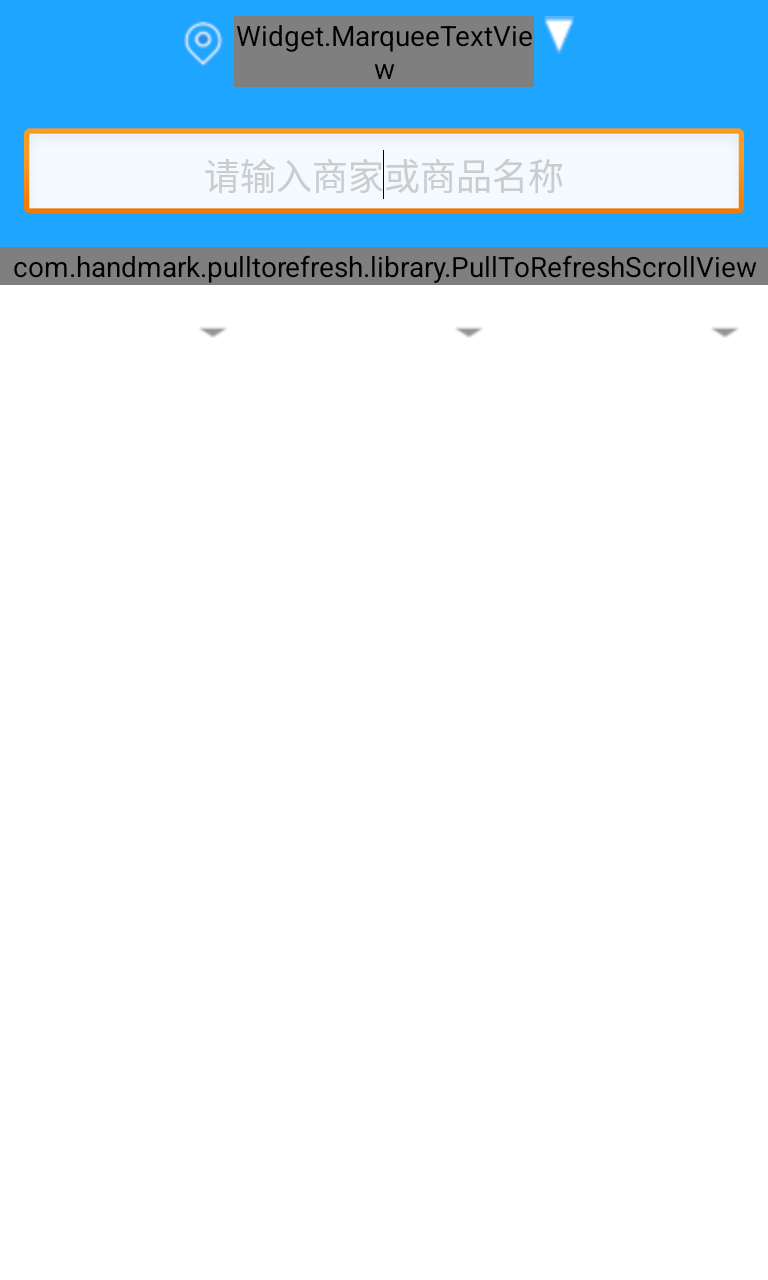
Repository: shi1hh/v
Layout: HungryTest/res/layout/fragment_waimai.xml
An editor plug-in stored every save of this project. The layout is shown before and after the next save, followed by the edit.
Pictures or frames that could not be fetched are drawn as grey boxes. It is drawn on a 768 x 1280 px phone screen (xhdpi) without system bars, with theme android:Theme.Light.NoTitleBar; the app's code is not run.

Above is the layout before, as saved 2015-10-24 10:51:42.

### HungryTest/res/layout/fragment_waimai.xml
<?xml version="1.0" encoding="utf-8"?>
<LinearLayout xmlns:android="http://schemas.android.com/apk/res/android"
    android:layout_width="match_parent"
    android:layout_height="match_parent"
    android:orientation="vertical" >

    <RelativeLayout
        android:layout_width="match_parent"
        android:layout_height="wrap_content"
        android:background="@color/blackground"
        android:padding="8dp" >

        <Widget.MarqueeTextView
            android:id="@+id/Textview_waimai_tile_2"
            android:layout_width="150dp"
            android:layout_height="wrap_content"
            android:layout_centerHorizontal="true"
            android:layout_centerVertical="true"
            android:background="@color/blackground"
            android:ellipsize="marquee"
            android:focusable="true"
            android:focusableInTouchMode="true"
            android:gravity="center"
            android:marqueeRepeatLimit="marquee_forever"
            android:scrollHorizontally="true"
            android:singleLine="true"
            android:text="信和门业附近(阳江市)"
            android:textColor="@color/white"
            android:textSize="21sp" />

        <Button
            android:id="@+id/button_waimai_tile_3"
            android:layout_width="wrap_content"
            android:layout_height="wrap_content"
            android:layout_alignBaseline="@+id/Textview_waimai_tile_2"
            android:layout_marginLeft="5dp"
            android:layout_toRightOf="@+id/Textview_waimai_tile_2"
            android:background="@drawable/waimaititle3" />

        <Button
            android:id="@+id/button_waimai_tile_1"
            android:layout_width="wrap_content"
            android:layout_height="wrap_content"
            android:layout_alignParentTop="true"
            android:layout_marginRight="5dp"
            android:layout_toLeftOf="@+id/Textview_waimai_tile_2"
            android:background="@drawable/waimaititle1" />
    </RelativeLayout>

    <RelativeLayout
        android:id="@+id/relative_1"
        android:layout_width="match_parent"
        android:layout_height="wrap_content"
        android:background="@color/blackground"
        android:padding="12dp" >

        <EditText
            android:id="@+id/editText_search"
            android:layout_width="match_parent"
            android:layout_height="wrap_content"
            android:ems="10"
            android:gravity="center"
            android:hint="请输入商家或商品名称"
            android:padding="10dp"
            android:textColorHint="@color/text_gray" >

            <requestFocus />
        </EditText>
    </RelativeLayout>

    <com.handmark.pulltorefresh.library.PullToRefreshScrollView
        xmlns:ptr="http://schemas.android.com/apk/res-auto"
        android:id="@+id/pull_refresh_scrollview"
        android:layout_width="fill_parent"
        android:layout_height="wrap_content"
        ptr:ptrAnimationStyle="flip"
        ptr:ptrMode="both" >

        <LinearLayout
            android:id="@+id/sub_root_lin"
            android:layout_width="fill_parent"
            android:layout_height="wrap_content"
            android:orientation="vertical" >

            <android.support.v4.view.ViewPager
                android:id="@+id/viewpager_waimai_adv"
                android:layout_width="match_parent"
                android:layout_height="90dp" >
            </android.support.v4.view.ViewPager>

            <TableLayout
           android:layout_marginTop="5dp"
                android:layout_width="match_parent"
                android:layout_height="wrap_content" >

                <TableRow
                    android:layout_width="match_parent"
                    android:layout_weight="1" >

                    <TextView
                        android:id="@+id/tb_tv1"
                        style="@style/waimai_tb_text"
                        android:layout_width="wrap_content"
                        android:layout_height="fill_parent"
                        android:layout_weight="1"
                        android:drawablePadding="0px"
                        android:drawableTop="@drawable/t1"
                        android:text="@string/waimai_tb1" />

                    <TextView
                        android:id="@+id/tb_tv2"
                        style="@style/waimai_tb_text"
                        android:layout_width="fill_parent"
                        android:layout_height="fill_parent"
                        android:layout_weight="1"
                        android:drawablePadding="0px"
                        android:drawableTop="@drawable/t2"
                        android:text="@string/waimai_tb2" />

                    <TextView
                        android:id="@+id/tb_tv3"
                        style="@style/waimai_tb_text"
                        android:layout_width="fill_parent"
                        android:layout_height="fill_parent"
                        android:layout_weight="1"
                        android:drawablePadding="0px"
                        android:drawableTop="@drawable/t3"
                        android:text="@string/waimai_tb3" />

                    <TextView
                        android:id="@+id/tb_tv4"
                        style="@style/waimai_tb_text"
                        android:layout_width="fill_parent"
                        android:layout_height="fill_parent"
                        android:layout_weight="1"
                        android:drawablePadding="0px"
                        android:drawableTop="@drawable/t4"
                        android:text="@string/waimai_tb4" />
                </TableRow>

                <TableRow
                    android:layout_width="match_parent"
                    android:layout_weight="1" >

                    <TextView
                        android:id="@+id/tb_tv2_1"
                        style="@style/waimai_tb_text"
                        android:layout_width="fill_parent"
                        android:layout_height="fill_parent"
                        android:layout_weight="1"
                        android:drawablePadding="0px"
                        android:drawableTop="@drawable/t5"
                        android:text="@string/waimai_tb5" />

                    <TextView
                        android:id="@+id/tb_tv2_2"
                        style="@style/waimai_tb_text"
                        android:layout_width="fill_parent"
                        android:layout_height="fill_parent"
                        android:layout_weight="1"
                        android:drawablePadding="0px"
                        android:drawableTop="@drawable/t6"
                        android:text="@string/waimai_tb6" />

                    <TextView
                        android:id="@+id/tb_tv2_3"
                        style="@style/waimai_tb_text"
                        android:layout_width="fill_parent"
                        android:layout_height="fill_parent"
                        android:layout_weight="1"
                        android:drawablePadding="0px"
                        android:drawableTop="@drawable/t7"
                        android:text="@string/waimai_tb7" />

                    <TextView
                        android:id="@+id/tb_tv2_12344567"
                        android:layout_column="2"
                        style="@style/waimai_tb_text"
                        android:layout_width="fill_parent"
                        android:layout_height="fill_parent"
                        android:visibility="invisible"
                        android:layout_weight="1" />
                </TableRow>
            </TableLayout>
            <View
                android:id="@+id/divider1"
                 android:layout_width="fill_parent"  android:layout_height="12dp"
                android:layout_marginTop="5dp"
                android:background="@color/waimai_divider"  />

            <LinearLayout
    android:layout_width="match_parent"
    android:layout_height="match_parent"
    android:orientation="horizontal" >

    <Spinner
        android:id="@+id/spinner_waimai_listview1"
            android:background="@drawable/spinner_waimai_img"
    android:layout_weight="1"
        android:layout_width="0dp"
        android:spinnerMode="dropdown"
 android:animationCache="true"
   android:drawSelectorOnTop="true"
        android:layout_height="wrap_content" />

    <Spinner
        android:id="@+id/spinner_waimai_listview2"
               android:background="@drawable/spinner_waimai_img"
    android:layout_weight="1"
        android:layout_width="0dp"
        android:spinnerMode="dropdown"
 android:animationCache="true"
   android:drawSelectorOnTop="true"
        android:layout_height="wrap_content" />

    <Spinner
        android:id="@+id/spinner_waimai_listview3"
                android:background="@drawable/spinner_waimai_img"
    android:layout_weight="1"
        android:layout_width="0dp"
        android:spinnerMode="dropdown"
 android:animationCache="true"
   android:drawSelectorOnTop="true"
        android:layout_height="wrap_content"  />

</LinearLayout>


            <ListView
                android:id="@+id/listview_waimai"
                android:layout_width="fill_parent"
                android:layout_height="wrap_content"
                ></ListView>


        </LinearLayout>
    </com.handmark.pulltorefresh.library.PullToRefreshScrollView>
            <LinearLayout
                android:id="@+id/flow_llay"
    android:layout_width="match_parent"
    android:layout_height="wrap_content"

    android:orientation="horizontal" >

    <Spinner
        android:id="@+id/spinner_waimai_listview4"
            android:background="@drawable/spinner_waimai_img"
    android:layout_weight="1"
        android:layout_width="0dp"
        android:spinnerMode="dropdown"
 android:animationCache="true"
   android:drawSelectorOnTop="true"
        android:layout_height="wrap_content" />

    <Spinner
        android:id="@+id/spinner_waimai_listview5"
               android:background="@drawable/spinner_waimai_img"
    android:layout_weight="1"
        android:layout_width="0dp"
        android:spinnerMode="dropdown"
 android:animationCache="true"
   android:drawSelectorOnTop="true"
        android:layout_height="wrap_content" />

    <Spinner
        android:id="@+id/spinner_waimai_listview6"
                android:background="@drawable/spinner_waimai_img"
    android:layout_weight="1"
        android:layout_width="0dp"
        android:spinnerMode="dropdown"
 android:animationCache="true"
   android:drawSelectorOnTop="true"
        android:layout_height="wrap_content"  />

</LinearLayout>
</LinearLayout>

### HungryTest/res/values/color.xml
<?xml version="1.0" encoding="utf-8"?>
<resources>
    <color name="sum">#ffffff</color>
    <color name="balance">#00FF7F</color>
    <color name="balance_text">#ffffff</color>
    <color name="lvlft_select">#ffffff</color>
    <color name="lvlft_black">#CFCFCF</color>
    <color name="white">#ffffff</color>
    <color name="navigation_bg">#F6F6F6</color>
      <color name="blackground">#1EA5FF</color>
      <color name="text_gray">#CCCCCC</color>
      <color name="waimai_divider">#EEEEEC</color>
</resources>

### HungryTest/res/values/styles.xml
<resources xmlns:android="http://schemas.android.com/apk/res/android">

    <!--
        Base application theme, dependent on API level. This theme is replaced
        by AppBaseTheme from res/values-vXX/styles.xml on newer devices.


    -->
    <style name="AppBaseTheme" parent="Theme.AppCompat.Light">
        <!--
            Theme customizations available in newer API levels can go in
            res/values-vXX/styles.xml, while customizations related to
            backward-compatibility can go here.


        -->
    </style>

    <!-- Application theme. -->
    <style name="AppTheme" parent="AppBaseTheme">
        <!-- All customizations that are NOT specific to a particular API-level can go here. -->
    </style>

    <style name="text">
        <item name="android:textSize">10sp</item>
        <item name="android:gravity">center_horizontal</item>
    </style>

    <style name="waimai_tb_text">
        <item name="android:textSize">13sp</item>
        <item name="android:gravity">center_horizontal</item>
    </style>
    <style
        name="waimai_money_text">
        <item name="android:textColor">#FF3030</item>
        <item name="android:textSize">20sp</item>

    </style>
<style
    name="waimai_store_name_textsize"
    >
    <item name="android:textSize">20sp</item>
</style>
</resources>

### HungryTest/res/values/strings.xml
<?xml version="1.0" encoding="utf-8"?>
<resources>

    <string name="app_name">HungryTest</string>
    <string name="hello_world">Hello world!</string>
    <string name="action_settings">Settings</string>
    <string name="navigation1">外卖</string>
 <string name="navigation2">订单</string>
  <string name="navigation3">发现</string>
   <string name="navigation4">我</string>
   <string name="waimai_tb1">便利店</string>
    <string name="waimai_tb2">品牌馆</string>
     <string name="waimai_tb3">水果</string>
      <string name="waimai_tb4">鲜花蛋糕</string>
       <string name="waimai_tb5">新店特惠</string>
        <string name="waimai_tb6">夜宵</string>
         <string name="waimai_tb7">预定早餐</string>
</resources>

### HungryTest/res/drawable/spinner_waimai_img.xml
<?xml version="1.0" encoding="utf-8"?>
<selector xmlns:android="http://schemas.android.com/apk/res/android" >
    <item android:drawable="@drawable/spinnerdrag2"
        android:state_focused="true"></item>
    <item android:drawable="@drawable/spinnerdrag2"
        android:state_pressed="true"></item>
   <item  android:drawable="@drawable/spinnerdrag1"></item>
</selector>

After the next save:
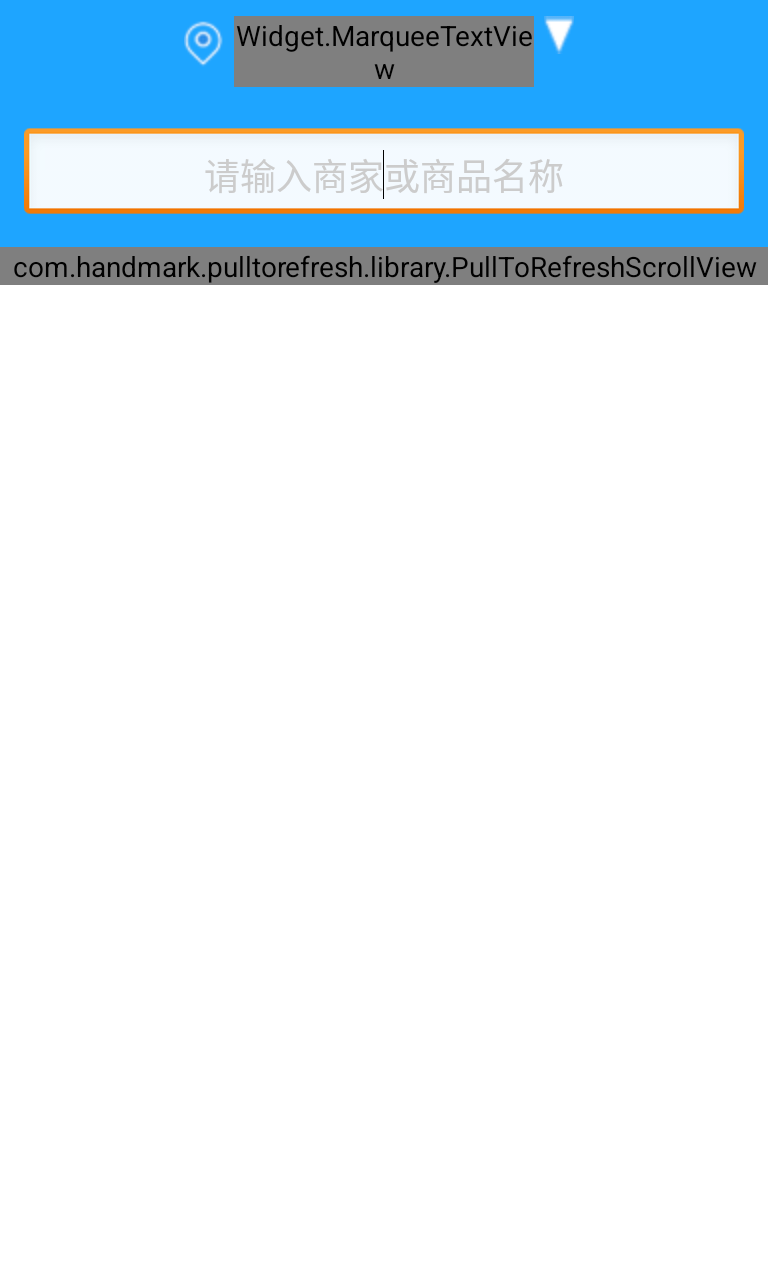
Saved 2 min 47 s later.
--- a/HungryTest/res/layout/fragment_waimai.xml
+++ b/HungryTest/res/layout/fragment_waimai.xml
@@ -239,7 +239,7 @@
                 android:id="@+id/flow_llay"
     android:layout_width="match_parent"
     android:layout_height="wrap_content"
-
+android:visibility="gone"
     android:orientation="horizontal" >
 
     <Spinner
